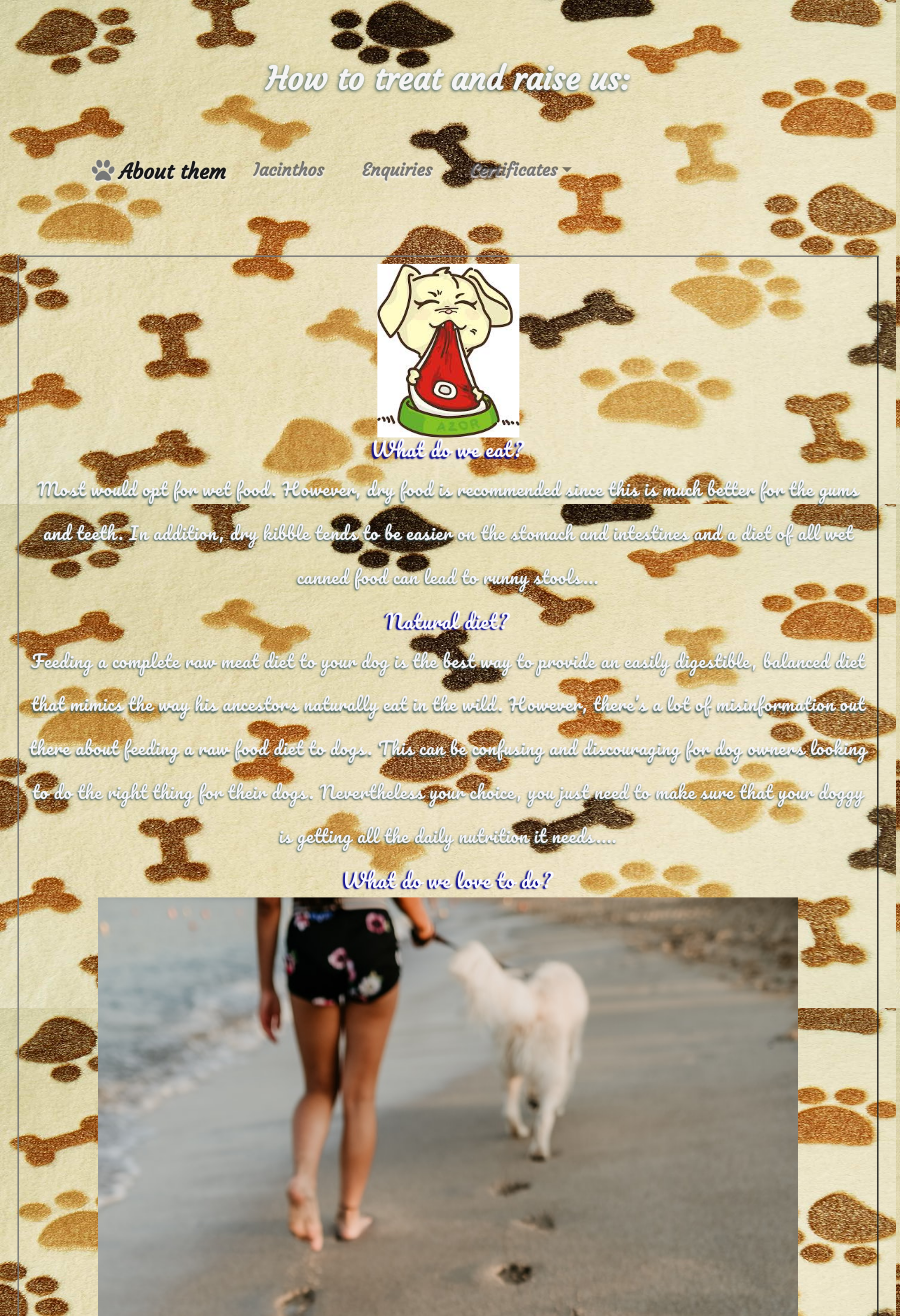
Repository: Code-Institute-Submissions/GeorgiosSklav-Iacinthos-blog
Page: about-them.html
The author's editor kept a record of every edit. The page is drawn from the files as they stood at one moment, then again after the next edit.
The browser window is 1280 px wide. The page is 1285 px wide, so the pictures cover 1285 px, including what lies to the right of the window. The pictures show the part of the page from y = 0 to 1880 px (the page is 4502 px tall before and 4477 px after), at 70% of full size.
Backgrounds fixed to the window are drawn as part of the page.

Above is the page before.

### about-them.html
<!DOCTYPE html>
<html lang="en">

<head>
    <meta charset="UTF-8">
    <meta name="viewport" content="width=device-width, initial-scale=1.0">
    <meta http-equiv="X-UA-Compatible" content="ie=edge">
    <link rel="stylesheet" href="https://stackpath.bootstrapcdn.com/bootstrap/4.3.1/css/bootstrap.min.css " integrity="sha384-ggOyR0iXCbMQv3Xipma34MD+dH/1fQ784/j6cY/iJTQUOhcWr7x9JvoRxT2MZw1T " crossorigin="anonymous">
    <title>Iacinthos mini Poodles</title>
    <link rel="stylesheet" href="https://stackpath.bootstrapcdn.com/font-awesome/4.7.0/css/font-awesome.min.css" integrity="sha384-wvfXpqpZZVQGK6TAh5PVlGOfQNHSoD2xbE+QkPxCAFlNEevoEH3Sl0sibVcOQVnN" crossorigin="anonymous">
    <link rel="stylesheet" href="style.css" type="text/css" />
</head>

<!--Header-->

<body>
    <header class="container">
        <div class="row align-items-start heading homepage">
            <div class="col-12 logo" disabled>
                <h1>How to treat and raise us:</h1>
            </a>
        </div>
        <nav class="navbar navbar-light navbar-expand-sm">
            <a href="about-them.html" class="navbar-brand"><i class="fa fa-paw"></i>About them</a>
            <button class="navbar-toggler ml-auto" type="button" data-toggle="collapse" data-target="#navbarNavDropdown" aria-controls="navbarNavDropdown">
            <span class="navbar-toggler-icon"></span></button>
            <div class="collapse navbar-collapse" id="navbarNavDropdown">
                <ul class="navbar-nav mt-auto mt-2 mt-lg-0">
                    <li class="nav-item mr-2"><a class="nav-link" href="index.html">Iacinthos</a></li>
                    <li class="nav-item mr-2"><a class="nav-link" href="request-form.html">Enquiries</a></li>
                    <li class="nav-item dropdown">
                        <div class="nav-link dropdown-toggle" id="navbarDropdownMenuLink" role="button" data-toggle="dropdown" aria-haspopup="true" aria-expanded="false">
                            Certificates</div>
                        <div class="dropdown-menu" aria-labelledby="navbarDropdownMenuLink">
                            <a class="dropdown-item" target="_blank" href="./Media/certificate.pdf"><i class="fa fa-download"></i>Kennel Club</a>
                            <a class="dropdown-item" target="_blank" href="./Media/lineage1.pdf"><i class="fa fa-download"></i>Blood-Lineage</a>
                        </div>
                    </li>
                </ul>
            </div>
        </nav>
    </header>

    <!--main-body-->

    <main>
        <div class="jumbotron-fluid about" id="frame">
            <div class="row">
                <div class="col-12">
                    <img src="./Media/steak.jpg" class="img-10" alt="dog-steak">
                    <h3 class="about-title">What do we eat?</h3>
                    <p>Most would opt for wet food. However, dry food is recommended since this is much better for the gums and teeth. In addition, dry kibble tends to be easier on the stomach and intestines and a diet of all wet canned food can lead to
                        runny stools...</p>
                </div>
            </div>
            <div class="row">
                <div class="col-12">
                    <h3 class="about-title">Natural diet?</h3>
                    <p>Feeding a complete raw meat diet to your dog is the best way to provide an easily digestible, balanced diet that mimics the way his ancestors naturally eat in the wild. However, there’s a lot of misinformation out there about feeding
                        a raw food diet to dogs. This can be confusing and discouraging for dog owners looking to do the right thing for their dogs. Nevertheless your choice, you just need to make sure that your doggy is getting all the daily nutrition
                        it needs....</p>
                </div>
            </div>
            <div class="row">
                <div class="col-12">
                    <h3 class="about-title">What do we love to do?</h3>
                    <img src="./Media/woman-dog.jpg" class="img-20" alt="dog-jogging">
                    <p>They have a moderate temperament, and even though they’re elegant and well-mannered, have a very funny clown-like behavior when around their loved ones. They love to play and they’re smart enough to get themselves into trouble, or
                        challenge their owner when they have the chance. All-in-all, the Miniature Poodle behavior is spunky, loving, incredibly intelligent (which makes them very trainable), and playful...</p>
                </div>
            </div>
            <div class="row">
                <div class="col-12">
                    <h3 class="about-title">How to keep us healthy?</h3>
                    <img src="./Media/excercising.jpg" class="img-30" alt="dog-with-a-stick">
                    <p>As they’re smaller dogs with a smaller exercise requirement, a daily walk should suffice. Something brisk and quick (so they don’t get tired), with a couple of play sessions in the yard or even in the apartment, since they’re small
                        enough to do so. Sometimes, these dogs can find a spot on the couch and never want to leave, and thus in their later years the owner needs to take on the role as motivator and ensure that their Mini Poodle is still working those
                        muscles. Even if they’re not gaining weight, they need exercise to remain healthy...</p>
                </div>
            </div>
        </div>
        <hr>

        <!--Modal-->

        <button type="button" class="btn btn-color" data-toggle="modal" data-target="#exampleModal">
  Join our newsletter for all the latest pup-dates!
</button>
        <div class="modal fade" id="exampleModal" tabindex="-1" role="dialog" aria-labelledby="exampleModalLabel" aria-hidden="true">
            <div class="modal-dialog" role="document">
                <div class="modal-content">
                    <div class="modal-header">
                        <h5 class="modal-title" id="exampleModalLabel">Join our family with a flick of your paw!</h5>
                        <button type="button" class="close" data-dismiss="modal" aria-label="Close">
                     <span aria-hidden="true">&times;</span>
        </button>
                    </div>
                    <div class="modal-body">
                        <form class="modal-newsletter">
                            <div class="form-group ">
                                <input type="email" class="form-control" id="InputEmail2" aria-describedby="InputEmail2" placeholder="Your Woof-mail....">
                            </div>
                            <div class="form-group">
                                <input type="password" class="form-control" id="InputPassword2" placeholder="....and a Woof-password">
                            </div>
                            <div class="form-group form-check">
                                <input type="checkbox" class="form-check-input" id="Check1">
                                <label class="form-check-label" for="Check1">Remember me</label>
                            </div>
                        </form>
                    </div>
                    <div class="modal-footer">
                        <button type="button" class="btn btn-danger" data-dismiss="modal">Close</button>
                        <button type="button" class="btn btn-info">Subscribe</button>
                    </div>
                </div>
            </div>
        </div>
    </main>

    <!---footer-->

    <footer class="container-fluid footer">
        <div class="row align-items-end">
            <div class="col-12 col-md-3 col-lg-3">
                <h4 class="social-title capitalise">Follow us on social media:</h4>
                <ul class="social-links">
                    <li>
                        <a target="_blank" href="https://www.facebook.com/neil.davis.9862">
                            <i class="fa fa-facebook"></i>
                            <span>Facebook</span>
                        </a>
                    </li>
                    <li>
                        <a target="_blank" href="https://instagram.com/neilr.davis?igshid=wmi0mqp5d2se">
                            <i class="fa fa-instagram"></i>
                            <span>Instagram</span>
                        </a>
                    </li>
                </ul>
            </div>
            <div class="col-12 col-md-3 col-lg-3">
                <h4 class="social-title capitalise">Useful contacts:</h4>
                <ul class="social-links">
                    <li>
                        <a target="_blank" href="https://www.thekennelclub.org.uk/">
                            <span class="capitalise">KC</span>
                        </a>
                    </li>
                    <li>
                        <a target="_blank" href="https://www.google.com/search?q=vet+near+me&oq=vet+near&aqs=chrome.0.0j69i57j0l4.4119j0j7&sourceid=chrome&ie=UTF-8">
                            <span class="capitalise">Vets near me</span>
                        </a>
                    </li>
                    <li>
                        <a target="_blank" href="https://www.google.com/search?q=emergency+vet+clinic+near+me&oq=emergency+vet&aqs=chrome.4.69i57j0l5.15430j0j7&sourceid=chrome&ie=UTF-8">
                            <span class="capitalise">Emergency vet clinics</span>
                        </a>
                    </li>
                    <li>
                        <a target="_blank" href="https://www.google.com/search?q=dog+groomer+near+me&oq=dog+groomer&aqs=chrome.1.69i57j0l5.4790j0j7&sourceid=chrome&ie=UTF-8">
                            <span class="capitalise">Dog groomers near me</span>
                        </a>
                    </li>
                </ul>
            </div>
            <div class="col-12 col-md-3 col-lg-3">
                <h4 class="social-title capitalise">Associated partners:</h4>
                <ul class="social-links">
                    <li>
                        <a target="_blank" href="https://www.google.com/search?q=pet+insurance+near+me&oq=pet+ins&aqs=chrome.2.0j69i57j0l4.6094j0j7&sourceid=chrome&ie=UTF-8">
                            <span class="capitalise">pets insurances</span>
                        </a>
                    </li>
                    <li>
                        <a target="_blank" href="https://www.doglistener.co.uk/catalog/natural-dog-treats-0">
                            <span class="capitalise">natural dog treats</span>
                        </a>
                    </li>
                </ul>
            </div>
            <div class="col-12 col-md-3 col-lg-3 contacts">
                <h4 class="social-title capitalise">e-mail address:</h4>
                <p class="capitalise social-links">
                    n.davis33@ntlworld.com
                </p>
                <h4 class="social-title capitalise">Contact number:</h4>
                <ul class="social-links">
                    <li class="social-links capitalise">
                        neil r. davis
                    </li>
                    <li class="capitalise">
                        07395828346
                    </li>
                </ul>
            </div>
        </div>
    </footer>

    <script src="https://code.jquery.com/jquery-3.3.1.slim.min.js" integrity="sha384-q8i/X+965DzO0rT7abK41JStQIAqVgRVzpbzo5smXKp4YfRvH+8abtTE1Pi6jizo" crossorigin="anonymous"></script>
    <script src="https://cdnjs.cloudflare.com/ajax/libs/popper.js/1.14.7/umd/popper.min.js" integrity="sha384-UO2eT0CpHqdSJQ6hJty5KVphtPhzWj9WO1clHTMGa3JDZwrnQq4sF86dIHNDz0W1" crossorigin="anonymous"></script>
    <script src="https://stackpath.bootstrapcdn.com/bootstrap/4.3.1/js/bootstrap.min.js" integrity="sha384-JjSmVgyd0p3pXB1rRibZUAYoIIy6OrQ6VrjIEaFf/nJGzIxFDsf4x0xIM+B07jRM" crossorigin="anonymous"></script>
</body>

</html>

### style.css
@import url('https://fonts.googleapis.com/css?family=Courgette:100,200,300,400,500,600,700|Pacifico:100,200,300,400,500,600,700');

/*------------------------------------------------body background*/

body {
    background-image: url("./Media/footprints.jpg");
    background-size: 100%;
    background-attachment: fixed;
    line-height: 2.5;
    text-align: center;
}

h1 {
    font-family: "Courgette", sans-serif;
    font-weight: 700;
    font-size: 45px;
    color: #f4f4f4;
    text-shadow: -1px 2px 5px #2f4f4f;
    margin-top: 35px;
    margin-bottom: 5px;
    padding-top: 25px;
}

.heading {
    margin: 25px;
}

.capitalise {
    text-transform: capitalize;
}

/*------------------------------------------------Navbar*/

.navbar {
    word-wrap: normal;
    margin-top: 50px;
    margin-bottom: 25px;
}

.navbar-light {
    font-family: 'Courgette', sans-serif;
    font-weight: 600;
    font-size: 25px;
    color: #00008b;
    text-shadow: 0px 2px 3px #f8f8ff;

}

.nav-link {
    margin-right: 15px;
    margin-left: 15px;
}

.nav-link:hover {
    background-color: #90ee90;
    border-radius: 50%;
}

.dropdown-menu {
    background-color: #90ee90;
    font-weight: 600;
    font-size: 20px;
    border-radius: 10%;
    margin: 0;
    padding: 2px;
}

.dropdown-menu ul li:hover {
    background-color: #777;
}

.ml-auto {
    background-color: #90ee90;
}

.navbar i {
    font-size: 35px;
    padding-top: 0;
    padding-bottom: 5px;
    padding-right: 2px;
    margin: 5px;
    color: #777;
}

.navbar-brand {
    font-size: 30px;

}

.navbar-brand:hover {
    background-color: #90ee90;
    border-radius: 50%;
}

.fa-download {
    margin-right: 2px;
    margin-left: 2px;
}

.fa-download:hover {
    color: #90ee90;
}

/*------------------------------------------Media queries*/

@media (max-width: 300px) {
    .ml-auto:hover {
        background-color: #777;
    }
    .dropdown-item:hover {
        background-color: #777;

    }
    #navbarNavDropdown {
        background-color: #777;
    }

    #navbarNavDropdown ul li:hover {
        background-color: #90ee90;
    }
    .social-links,
    .social-title {
        font-size: 30px;
    }
}

@media (max-width: 3800px) {
    .dropdown-menu {
        background-color: #90ee90;
        color: #777;
    }
    .dropdown-item:hover {
        background-color: #777;
        color: #90ee90;
    }

    .col-lg-3 {
        flex: 30%;
        max-width: 100%;
    }
}

/*------------------------------------------------Homepage*/

.homepage a {
    text-decoration: none;
    height: 100%;
}

.introduction {
    height: 90%;
    width: 90%;
}


.img-50 {
    margin-left: 25px;
    width: 100%;
    float: none;
    border-style: groove;
    border-radius: 50%;
}

/*--------------------------------------------texts,p*/

.container-title {
    text-align: center;
    margin: 35px;
    font-family: "Courgette", sans-serif;
    color: #00ffff;
    text-shadow: -1px 2px 5px #2f4f4f;
}

.container-title i {
    font-size: 30px;
    padding: 15px;
    margin: 15px;
}

.dog-name {
    font-family: "Courgette", sans-serif;
    font-weight: 700;
    font-size: 32px;
    margin-left: 25px;
    text-shadow: -3px 2px 5px #191970;
}

/*----------------------------------------about us section*/

.about {
    margin: 25px;
    font-family: "Pacifico", sans-serif;
    font-size: 30px;
    letter-spacing: 1px;
    color: #f4f4f8;
    text-shadow: -1px 2px 3px #2f4f4f;
}
.about .about-title {
    color: #f8f8ff;
    text-shadow: -3px 2px 2px #00008b;
}

#frame {
    border: 2px outset #777;
    font-size: 25px;
    margin-top: 45px;
    margin-bottom: 100px;
    padding: 10px;
    font-weight: lighter;
}

/*----------------------------------------newsletter button*/

.btn-color {
    background-color: #90ee90;
    font-family: "Pacifico", sans-serif;
    font-size: 20px;
    letter-spacing: 2px;
    margin: 40px 25px;
    padding-left: 4px;
    border-radius: 50px;
}

.btn-color:hover {
    color: #90ee90;
    background-color: #777;
}

/*----------------------------------------Modal styling*/

.modal-title {
    font-family: "Pacifico", sans-serif;
    font-size: 25px;
    margin: 10px 5px;
}

.modal-content {
    background-color: #90ee90;
    text-shadow: -3px 2px 0.5px #ffefd5;
    color: #777;
}

.modal-footer .btn-danger,
.btn-info {
    margin-right: 20px;
}

.modal-body {
    padding: 0 15px 0 15px;
    top: 5px;
    bottom: 0;
    margin-top: 10px;
}


/*----------------------------------------footer*/

.footer {
    display: inline-block;
    border: 3px inset #90ee90;
    background-color: rgba(100, 170, 80, .5);
    padding-top: 25px;
    margin: 40px 5px 0px 0px;
    text-align: center;
}

.contacts .social-title {
    text-transform: capitalize;
    text-decoration: none;
    font-family: "Courgette", sans-serif;
    font-size: 30px;
    font-weight: 400;
    letter-spacing: 2px;
    color: #9400d3;
}

.social-links {
    list-style: none;
    padding-right: 25px;
    font-family: "Pacifico", sans-serif;
    color: #008000;
    font-size: 18px;
    font-weight: 400;
    letter-spacing: 2px;
}

.social-links li a {
    text-decoration: none;
    font-family: "Pacifico", sans-serif;
    font-size: 20px;
    font-weight: 400;
    letter-spacing: 2px;
    color: #008000;
    text-shadow: 1px 2px 1px #c0c0c0;
}

.social-links li a:hover {
    background-color: #777;
    color: #90ee90;
    border-radius: 30%;
}

.social-links li i {
    font-size: 30px;
    height: 45px;
    width: 45px;
}

.social-title {
    word-break: keep-all;
    margin-left: 50px;
    margin-right: 50px;
    font-size: 30px;
    font-family: "Courgette", sans-serif;
    color: #9400d3;
    border-radius: 20%;
    background-color: rgba(144, 238, 144, 0.4);
}

.contact-heading {
    font-family: "Courgette", sans-serif;
    font-weight: 300;
    margin-top: 25px;
    margin-bottom: 20px;
}

.form-control {
    font-size: 20px;
    background-color: #90ee90;
}

.control {
    background-color: #90ee90;
}

.center-form {
    padding: 15px 5px 10px;
    margin: 15px auto;
    max-width: 70%;
}

button[type="submit"] {
    margin-bottom: 20px;
    margin-top: 13px;
    color: #90ee90;
    background-color: #777;
}

button[type="submit"]:hover {
    background-color: #90ee90;
    color: #777;
}

After the next edit:
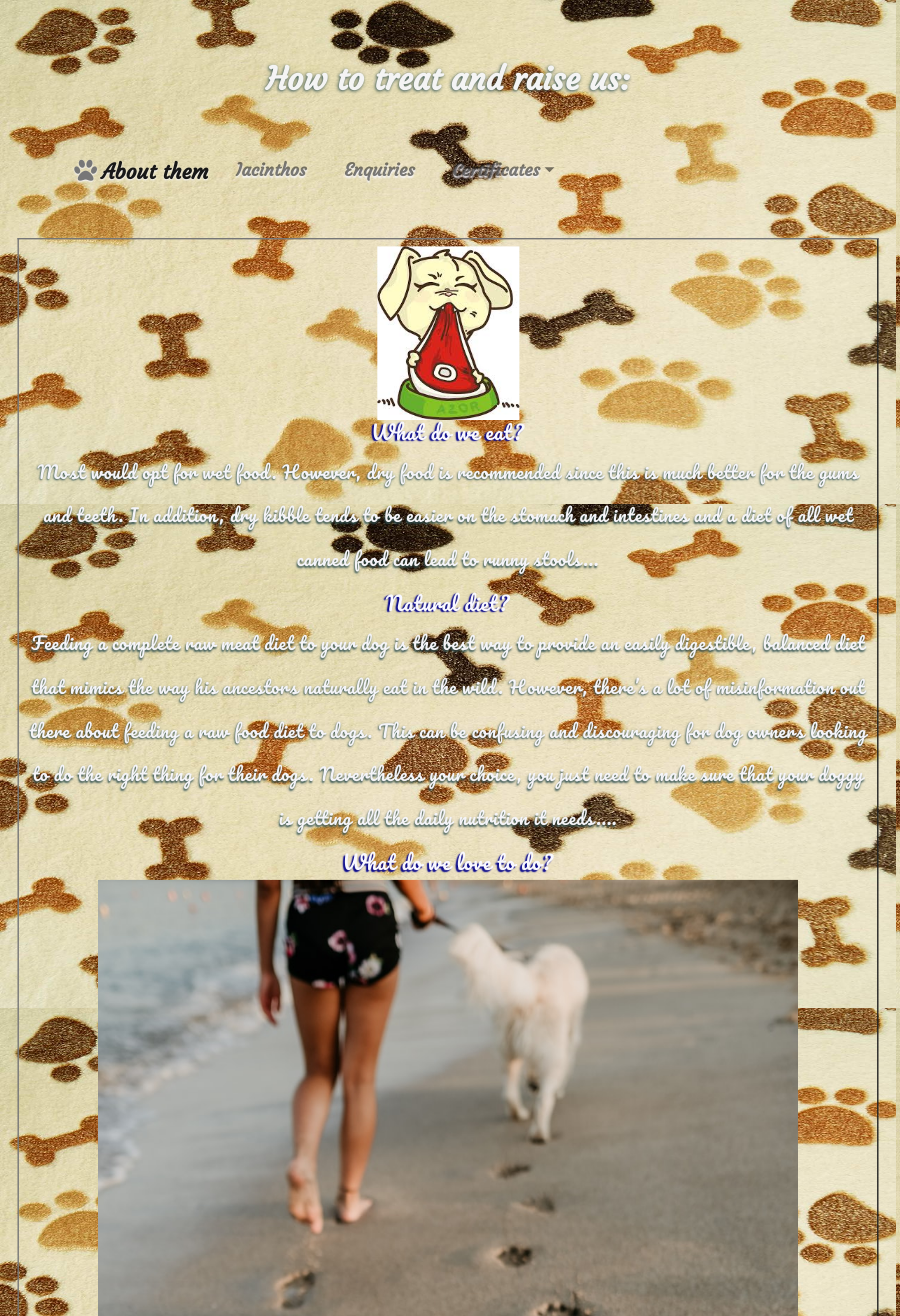
The edit:
--- a/about-them.html
+++ b/about-them.html
@@ -18,7 +18,7 @@
         <div class="row align-items-start heading homepage">
             <div class="col-12 logo" disabled>
                 <h1>How to treat and raise us:</h1>
-            </a>
+            </div>
         </div>
         <nav class="navbar navbar-light navbar-expand-sm">
             <a href="about-them.html" class="navbar-brand"><i class="fa fa-paw"></i>About them</a>
